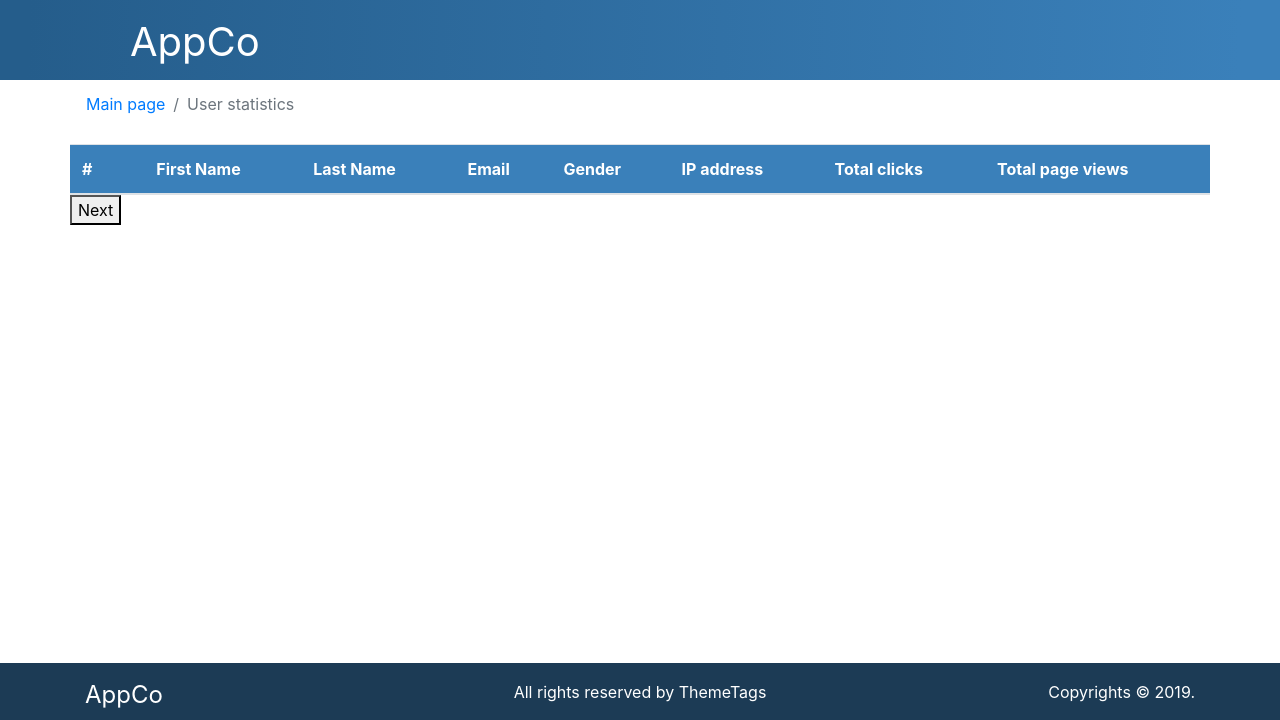
Repository: andbilous/user-statistics-app
Page: /
An editor plug-in stored every save of this project. The page is shown before and after a run of saves, followed by the edit.
The browser window is 1280 px wide. The pictures show the whole page.
The page's requests for data from a server got no answer. The project was rebuilt for these pictures with package versions that can differ from the ones it lists, and the page was loaded fresh each time. No one was signed in, and anything a server would have sent is missing. Also part of the build but not shown: src/components/brainstorming/index.js, src/components/reasons/reasons.scss, src/components/reasons/index.js, src/components/footer/footer.scss, src/components/footer/index.js, src/pages/Main.jsx.

Above is the page before, as saved 2020-06-22 16:37:54.

After the next 3 saves:
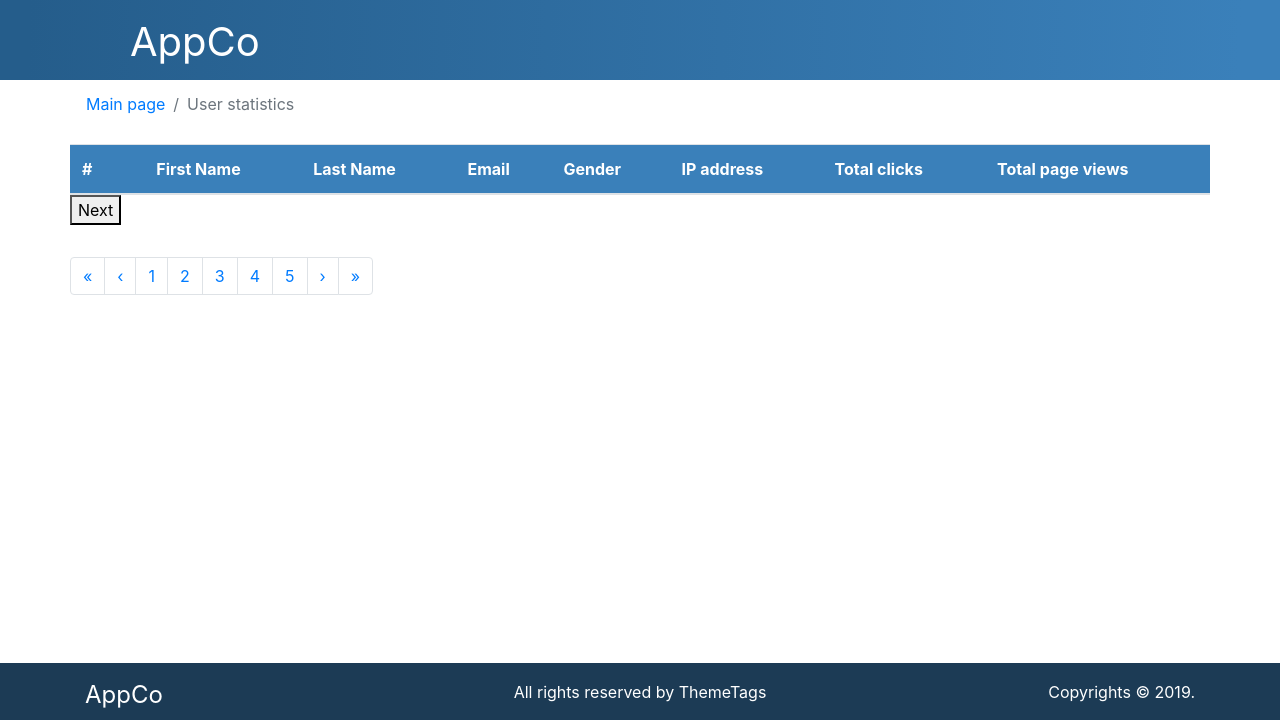
The 3 saves are shown as one change because they came seconds apart.
The last was saved 28 s later.
--- a/src/pages/Stats.jsx
+++ b/src/pages/Stats.jsx
@@ -79,6 +79,47 @@ const Stats = () => {
             </Table>
           </section>
         </Row>
+        <Row>
+        <Pagination aria-label="Page navigation example">
+    <PaginationItem>
+        <PaginationLink first href="#" />
+      </PaginationItem>
+      <PaginationItem>
+        <PaginationLink previous href="#" />
+      </PaginationItem>
+      <PaginationItem>
+        <PaginationLink href="#">
+          1
+        </PaginationLink>
+      </PaginationItem>
+      <PaginationItem>
+        <PaginationLink href="#">
+          2
+        </PaginationLink>
+      </PaginationItem>
+      <PaginationItem>
+        <PaginationLink href="#">
+          3
+        </PaginationLink>
+      </PaginationItem>
+      <PaginationItem>
+        <PaginationLink href="#">
+          4
+        </PaginationLink>
+      </PaginationItem>
+      <PaginationItem>
+        <PaginationLink href="#">
+          5
+        </PaginationLink>
+      </PaginationItem>
+      <PaginationItem>
+        <PaginationLink next href="#" />
+      </PaginationItem>
+      <PaginationItem>
+        <PaginationLink last href="#" />
+      </PaginationItem>
+    </Pagination>
+        </Row>
       </Container>
 
       <PlainFooter />
